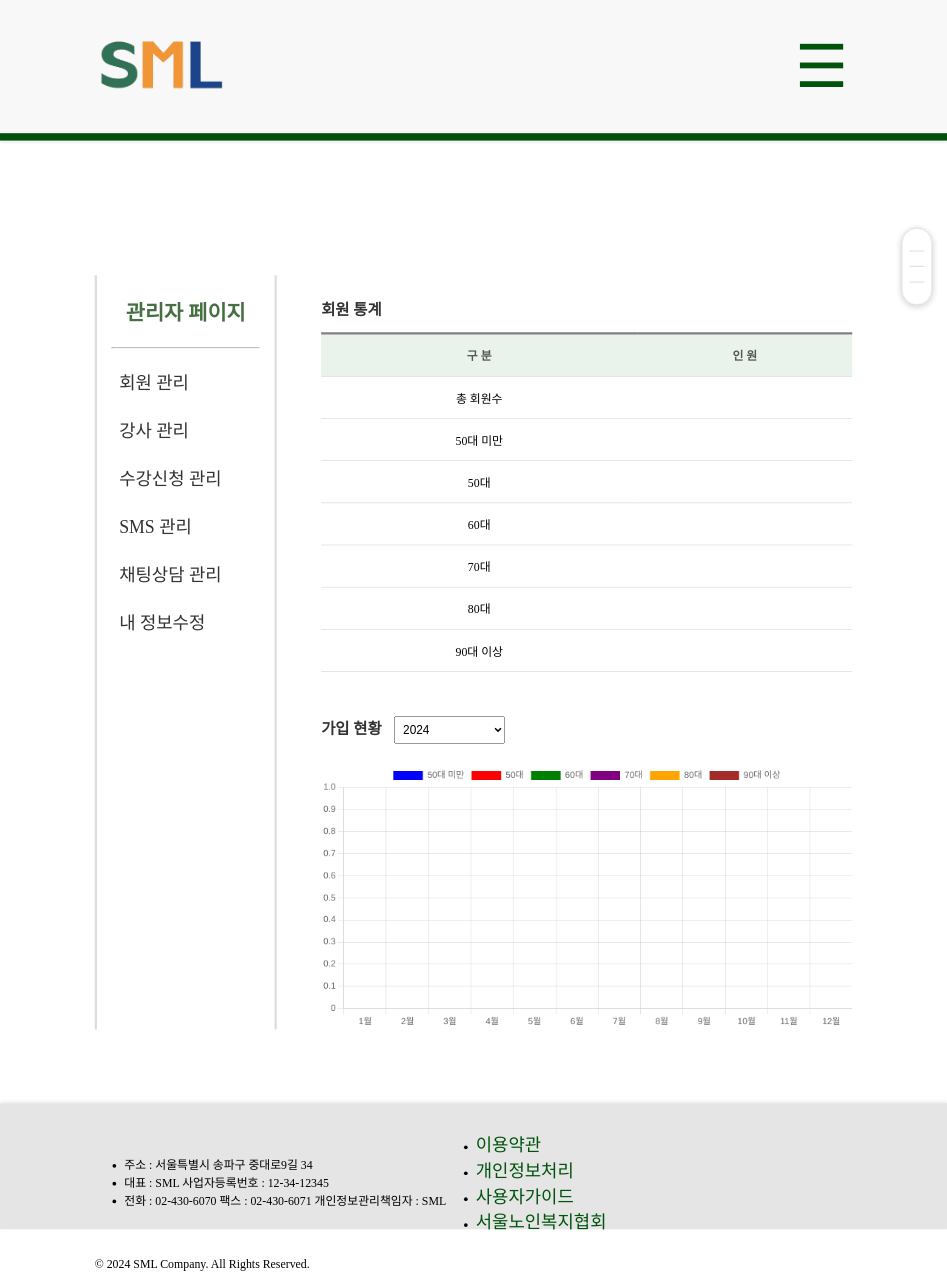
Repository: SML-SpringInMyLife/SML
Page: http://localhost/SML/WEB-INF/views/admin/main.jsp
An editor plug-in stored every save of this project. The page is shown before and after the next save, followed by the edit.
The browser window is 1280 px wide. The pictures show the whole page, at 74% of full size.
Some icons come from a web library that is not loaded, so they are not drawn. Some web fonts or font styles are not loaded; a fallback is used. The page is served by Tomcat 9. Nobody is signed in. The template is opened directly, without the code that normally fills it, so the values that code supplies are empty.

Above is the page before, as saved 2024-07-30 04:48:58.
Console error: TypeError: Cannot read properties of undefined (reading 'under50')

After the next save:
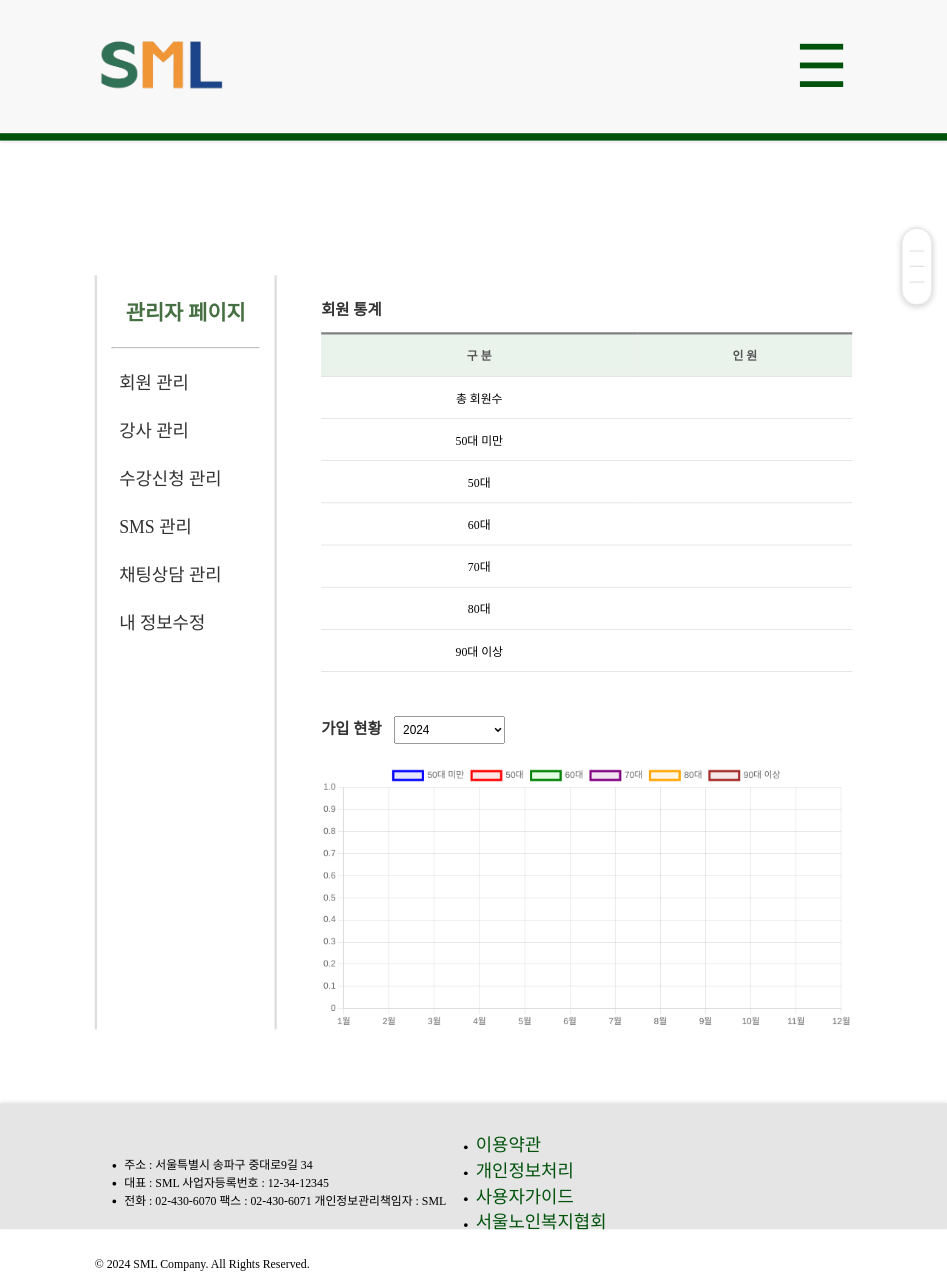
Saved 2 min 34 s later.
--- a/SML/src/main/webapp/resources/js/admin/admin.js
+++ b/SML/src/main/webapp/resources/js/admin/admin.js
@@ -1,40 +1,46 @@
-var registrationChart;
+		var registrationChart;
 
 		document.addEventListener('DOMContentLoaded', function () {
 			var ctx = document.getElementById('registrationChart').getContext('2d');
 			registrationChart = new Chart(ctx, {
-				type: 'bar',
+				type: 'line',
 				data: {
 					labels: ['1월', '2월', '3월', '4월', '5월', '6월', '7월', '8월', '9월', '10월', '11월', '12월'],
 					datasets: [
 						{
 							label: '50대 미만',
-							backgroundColor: 'blue',
+							borderColor: 'blue',
+							backgroundColor: 'rgba(0, 0, 255, 0.1)',
 							data: []  // initial empty data
 						},
 						{
 							label: '50대',
-							backgroundColor: 'red',
+							borderColor: 'red',
+							backgroundColor: 'rgba(255, 0, 0, 0.1)',
 							data: []  // initial empty data
 						},
 						{
 							label: '60대',
-							backgroundColor: 'green',
+							borderColor: 'green',
+							backgroundColor: 'rgba(0, 255, 0, 0.1)',
 							data: []  // initial empty data
 						},
 						{
 							label: '70대',
-							backgroundColor: 'purple',
+							borderColor: 'purple',
+							backgroundColor: 'rgba(128, 0, 128, 0.1)',
 							data: []  // initial empty data
 						},
 						{
 							label: '80대',
-							backgroundColor: 'orange',
+							borderColor: 'orange',
+							backgroundColor: 'rgba(255, 165, 0, 0.1)',
 							data: []  // initial empty data
 						},
 						{
 							label: '90대 이상',
-							backgroundColor: 'brown',
+							borderColor: 'brown',
+							backgroundColor: 'rgba(165, 42, 42, 0.1)',
 							data: []  // initial empty data
 						}
 					]
